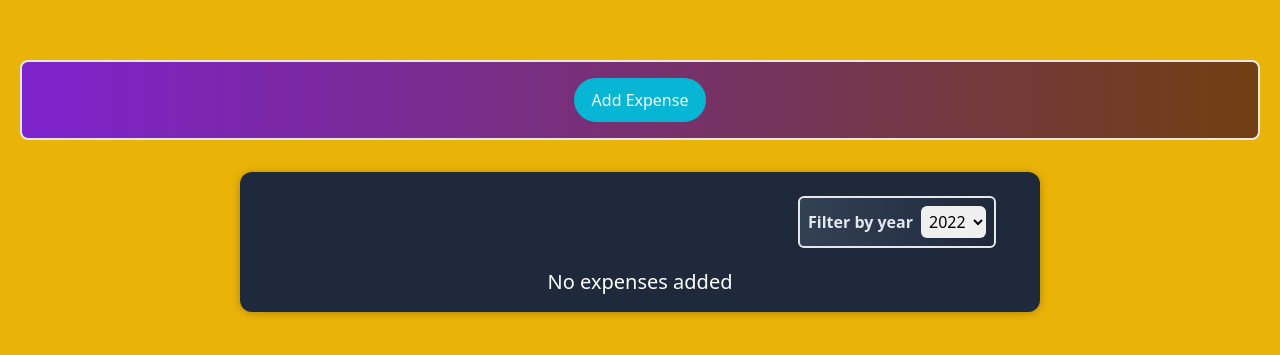
Repository: Sef24/expense-tracker
Page: /
These files come from the project's save history. The page is drawn as it stood at one moment and after a run of saves; the edit follows.
The browser window is 1280 px wide. The pictures show the whole page.
The project was rebuilt for these pictures with package versions that can differ from the ones it lists, and the page was loaded fresh each time. Also part of the build but not shown: src/components/ExpenseItem.css, src/components/ExpenseDate.css, src/components/ExpenseDate.js, src/components/ExpenseItem.js, src/components/NewExpense/NewExpense.css, src/components/NewExpense/ExpenseForm.css, src/components/NewExpense/ExpenseForm.js.

Above is the page before, as saved 2022-05-03 20:28:26.

After the next 2 saves:
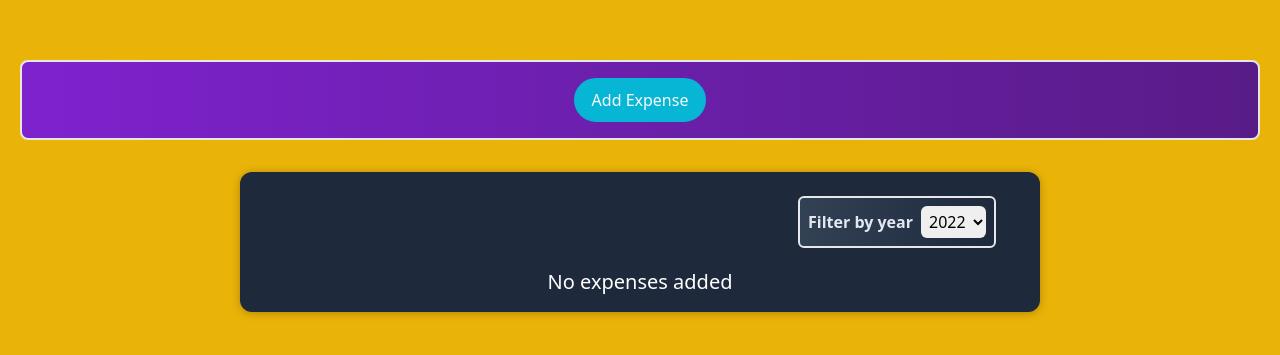
The 2 saves are shown as one change because they came seconds apart.
The last was saved 14 s later.
--- a/src/components/NewExpense/NewExpense.js
+++ b/src/components/NewExpense/NewExpense.js
@@ -28,7 +28,7 @@ function NewExpense(props) {
     <div className="flex flex-col sm:flex-row m-5 justify-between items-center h-auto rounded-lg">
       <div
         className="flex flex-grow justify-evenly w-full p-4 mt-10 items-center  border-2
-        bg-gradient-to-r from-purple-700 to-yellow-900 ... px-10 rounded-lg "
+        bg-gradient-to-r from-purple-700 to-purple-900 ... px-10 rounded-lg "
       >
         {!isEditing && (
           <button
